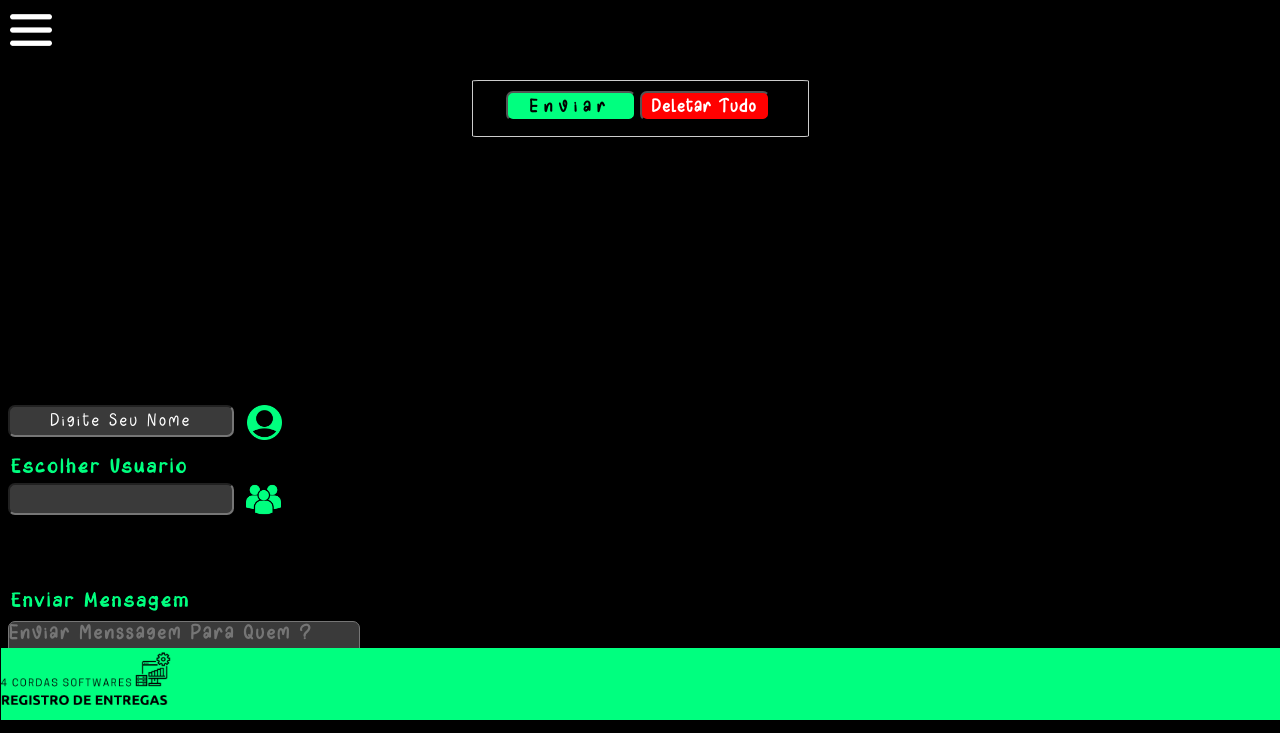
Repository: alfredo-allan/relatorioentregas
Page: pages/chatapp.html
An editor plug-in stored every save of this project. The page is shown before and after a run of saves, followed by the edit.
The browser window is 1280 px wide. The pictures show the whole page.
The page's requests for data from a server got no answer.

Above is the page before, as saved 2024-05-16 22:08:28.
Console error: TypeError: Cannot read properties of null (reading 'addEventListener')

### pages/chatapp.html
<!DOCTYPE html>
<html lang="pt-BR">
  <head>
    <meta charset="UTF-8" />
    <meta name="viewport" content="width=device-width, initial-scale=1.0" />
    <link rel="stylesheet" href="../style/mediaqueries.css" />
    <link rel="stylesheet" href="../style/styles.css" />
    <style>
      @media screen and (min-width: 800px) and (max-width: 2050px) {
        footer img {
          width: 170px;
          height: 60px;
        }
        /* Outros estilos específicos para resoluções entre 1900px e 3090px */
      }
      * {
        padding: 0;
      }

      footer {
        position: fixed;
        bottom: 0;
        width: 100%;
        background-color: #00ff7f;
        margin: 0;
        padding: 0;
        margin-left: -7px;
      }
      @media screen and (min-width: 300px) and (max-width: 600px) {
        footer {
          height: 6vh;
        }
      }

      @media screen and (min-width: 800px) and (max-width: 2050px) {
        #menu-options img {
          width: 206px;
          position: relative;
          margin: 13px;
          margin-top: -44px;
          border-bottom: 1px solid black; /* Adiciona uma linha preta na parte inferior da imagem */
        }
        #menu-options {
          width: 25%;
          height: 54vh;
        }
        footer {
          position: fixed;
          bottom: 0;
          width: 100%;
          background-color: #00ff7f;
          margin: 0;
          padding: 0;
          margin-left: -7px;
        }
      }
    </style>
    <link rel="icon" type="image/x-icon" href="../favicon.ico" />
    <title>ChatApp</title>
  </head>
  <body>
    <header id="ChatApp">
      <img id="menu-icon" src="../img/barra-de-menu.png" alt="" />
      <div id="menu-options">
        <ul>
          <span
            id="close-icon"
            style="
              color: black;
              position: absolute;
              line-height: 0;
              font-size: 30px;
              margin-top: -20px;
              cursor: pointer;
            "
            >X</span
          >
          <img src="../img/4 cordassof.png" alt="" />
          <br />
          <a href="../index.html"><li>Home</li></a>
          <a href="../cdsentregas.html"><li>Registrar Entrega</li></a>
          <a href="../pages/apagar.html"><li>Apagar Entrega</li></a>
          <a href="../pages/consultar.html"><li>Consultar Entregas</li></a>
          <a href="../pages/registrar.html"><li>Registar-Se</li></a>
          <a href="../pages/sobre.html"><li>Sobre a 4cordas</li></a>
          <a href="../pages/instrucao.html"><li>Ajuda</li></a>
        </ul>
      </div>
      <!-- <h1 id="textchat">Chat Entregas</h1> -->
      <!-- <img id="imgchat" src="../img/bater-papo.png" alt="" /> -->
    </header>
    <div id="myModal" class="modal">
      <div class="modal-content">
        <span class="close">&times;</span>
        <p>Mensagem Enviada Com Sucesso!</p>
      </div>
    </div>
    <div id="form">
      <div id="consulta" class="column">
        <!-- <span style="display: none">ID:</span> -->

        <div id="btns">
          <button id="enviarmsg">Enviar</button>
          <button id="delMsg">Deletar Tudo</button>
        </div>
      </div>
    </div>
    <div id="login">
       <br />
      <input id="nomeusuario" type="text" placeholder="Digite Seu Nome" />
      <img id="utlizador" src="../img/do-utilizador.png" alt="" />
    </div>
    <span>Escolher Usuário</span>
    <ul></ul>
    <div id="usuarios"></div>
    <img id="multiUsu" src="../img/silhueta-de-multiplos-usuarios.png" alt="" />
    <br />
    <input id="lstUsu" type="text" />
    <div id="msgEnviar">
      <span>Enviar Mensagem</span> <br />
      <textarea
        placeholder="Enviar Menssagem Para Quem ?"
        id="enviarMsg"
        type="text"
      ></textarea>

      <!-- <img id="imgEnviarmsg" src="../img/enviar-mensagem.png" alt="" /> -->
    </div>
    <footer>
      <img src="../img/4 cordassof.png" alt="" />
    </footer>
    <script>
      const inputNomeUsuario = document.getElementById("nomeusuario");

      inputNomeUsuario.addEventListener("input", () => {
        const nomeUsuario = inputNomeUsuario.value;

        fetch(`http://192.168.10.20:8033/usuarios/${nomeUsuario}`)
          .then((response) => {
            if (response.ok) {
              return response.json();
            } else {
              throw new Error("Usuário não encontrado");
            }
          })
          .then((data) => {
            console.log("Usuário encontrado:", data);
          })
          .catch((error) => {
            console.error("Erro:", error);
          });
      });
    </script>

    // Adicione este script abaixo do botão 'Selecionar' no seu HTML

    <script>
      const buttonSelecionar = document.getElementById("ctsUsu");

      buttonSelecionar.addEventListener("click", () => {
        const nomeUsuario = document.getElementById("lstUsu").value;

        fetch(`http://192.168.10.20:8033/usuarios/${nomeUsuario}`)
          .then((response) => {
            if (response.ok) {
              return response.json();
            } else {
              throw new Error("Usuário não encontrado");
            }
          })
          .then((data) => {
            console.log("Destinatário encontrado:", data);
          })
          .catch((error) => {
            console.error("Erro:", error);
          });
      });
    </script>

    // Adicione este script abaixo do botão 'Enviar' no seu HTML

    <script>
      const buttonEnviar = document.getElementById("enviarmsg");

      buttonEnviar.addEventListener("click", () => {
        const sender = document.getElementById("nomeusuario").value;
        const recipient = document.getElementById("lstUsu").value;
        const message = document.getElementById("enviarMsg").value;

        fetch("http://192.168.10.20:8033/enviar-mensagem", {
          method: "POST",
          headers: {
            "Content-Type": "application/json",
          },
          body: JSON.stringify({
            sender_username: sender,
            recipient_username: recipient,
            message: message,
          }),
        })
          .then((response) => {
            if (response.ok) {
              console.log("Mensagem enviada com sucesso");
            } else {
              throw new Error("Erro ao enviar mensagem");
            }
          })
          .catch((error) => {
            console.error("Erro:", error);
          });
      });
    </script>
    <script>
      let isTyping = false;

      // Função para verificar se o usuário está digitando
      function checkTyping() {
        const inputField = document.getElementById("enviarMsg");
        inputField.addEventListener("input", () => {
          isTyping = inputField.value.length > 0;
        });
      }

      function monitorNewMessages() {
        const nomeUsuario = document.getElementById("nomeusuario").value;

        // Lógica para buscar novas mensagens do servidor e inserir no campo msgEnviar
        fetch(`http://192.168.10.20:8033/mensagens/${nomeUsuario}`)
          .then((response) => {
            if (response.ok) {
              return response.json();
            } else {
              throw new Error("Erro ao buscar novas mensagens");
            }
          })
          .then((data) => {
            const messages = data; // Não precisamos acessar data.messages, pois a resposta do servidor já é uma lista de mensagens
            const msgEnviar = document.getElementById("msgEnviar");
            msgEnviar.innerHTML = ""; // Limpar mensagens antigas antes de adicionar as novas

            messages.forEach((message) => {
              const p = document.createElement("p");
              p.textContent = message.message; // A mensagem está no campo "message" do objeto de mensagem
              msgEnviar.appendChild(p);
            });
          })
          .catch((error) => {
            console.error("Erro ao buscar novas mensagens:", error);
          });
      }

      document.addEventListener("DOMContentLoaded", () => {
        monitorNewMessages();
      });

      // Adicionar esta função para limpar o campo de entrada após o envio de mensagem
      function limparCampoDeMensagem() {
        document.getElementById("enviarMsg").value = "";
      }
    </script>
    <script src="../script.js"></script>
  </body>
</html>

### style/mediaqueries.css
@media screen and (min-width: 300px) and (max-width: 600px) {
  footer {
    bottom: 0;
    img {
      display: none;
    }
    /* Outros estilos específicos para resoluções entre 1900px e 3090px */
  }

  @media screen and (min-width: 800px) and (max-width: 2050px) {
    footer img {
      width: 170px;
      height: 60px;
    }
  }
}

  @media screen and (min-width: 800px) and (max-width: 2050px) {
    #close-icon {
      margin-left: 250px;
    }
  }


@media screen and (min-width: 300px) and (max-width: 600px) {
  footer {
    height: 6vh;
    margin: 0;
    padding: 0;
    margin-top: 174px;
    position: absolute;
    width: 100%;
    margin-left: -7px;
  }
  #menu-options img {
    margin-top: -40px;
    border-bottom: 1px solid black; /* Adiciona uma linha preta na parte inferior da imagem */
    width: 210px;
  }
  #close-icon {
    margin-left: 224px;
  }
}

### style/styles.css
:root {
  --las-americas: "Las-americas", sans-serif;
  --gribble-font: "Gribble";
  --helootwuins-font: "HelooTwuins";
  --verde--color: #00ff7f;
}

body {
  background-color: black;
}

@font-face {
  font-family: "Las-americas";
  src: url("../fonts/las_americas/LasAmericas_PERSONAL_USE_ONLY.otf")
    format("truetype");
  /* Adicione mais formatos (e.g. woff, woff2) conforme necessário */
}

@font-face {
  font-family: "Gribble";
  src: url("../fonts/gribble/Gribble.ttf") format("truetype");
  /* Adicione mais formatos (e.g. woff, woff2) conforme necessário */
}

@font-face {
  font-family: "HelooTwuins";
  src: url("../fonts/hello_twins/HelloTwinsDEMO.otf") format("truetype");
  /* Adicione mais formatos (e.g. woff, woff2) conforme necessário */
}

header {
  img {
    width: 42px;
    margin-right: 14px;
    text-wrap: nowrap;
  }
}

footer {
  width: 100%;
  height: 10vh;
  background-color: #00ff7f;
  margin: 0;
  padding: 0;
}

img #menu-icon {
  margin-right: 20px;
  margin-left: -1%;
}

#text-top {
  text-align: center;
  font-family: var(--las-americas);
  color: white;
  letter-spacing: 1.2px;
  margin-top: 30px;
  font-size: 40px;
}

#delivery {
  color: red;
  font-family: var(--gribble-font);
  letter-spacing: 3px;
  font-size: 25px;
  font-weight: 900;
  color: var(--verde--color);
}

.column {
  display: flex;
  flex-direction: column;
  align-items: center;
  padding: 10px 20px 15px 15px;
  border: 1px solid #ccc;
  border-radius: 2%;
  width: 300px;
  margin: 0 auto;
  margin-top: -100px;
}

#form {
  border-radius: 2%;
  margin-top: 110px;
  margin-bottom: 250px;
  span {
    color: #00ff7f;
    font-family: var(--gribble-font);
    font-size: 20px;
    letter-spacing: 2px;
    font-weight: 600;
  }
}

input {
  text-align: center;
  margin-bottom: 5px;
  padding: 5px;
  width: 100%;
  box-sizing: border-box;
  font-weight: 600;
  margin-bottom: 10px;
  background-color: rgba(255, 255, 255, 0.226);
  color: white;
  font-family: var(--helootwuins-font);
  letter-spacing: 2px;
  font-size: 18px;
  border-radius: 7px;
}

input::placeholder {
  text-align: center;
  color: white;
  font-family: var(--helootwuins-font);
  font-weight: 400;
  font-size: 18px;
}

button {
  width: 130px;
  height: 30px;
  border-radius: 2%;
  background-color: var(--verde--color);
  font-family: var(--helootwuins-font);
  font-size: 18px;
  letter-spacing: 7px;
  font-weight: 900;
  border-radius: 7px;
}

#confirmButton {
  margin-left: 8px;
  margin-right: 20px;
}

#menu-icon {
  cursor: pointer;
  margin: 15px;
  margin-left: 2px;
  margin-top: 1px;
}

#menu-options {
  text-wrap: nowrap;
  display: none;
  position: absolute;
  top: 0;
  left: 0;
  margin-top: 0px;
  width: 70%;
  height: 70vh;
  background-color: #00ff7f;
  color: white;
  font-family: var(--gribble-font);
  font-weight: 900;
  border-bottom-right-radius: 10%;
  color: black;
  letter-spacing: 2px;
  z-index: 999;
  li {
    margin-top: 3px;
  }
}

a {
  text-decoration: none; /* Remove o sublinhado */
  color: black;
}

#menu-options ul {
  list-style: none;
  padding: 0;
  margin-left: 10px;
  font-size: 20px;
  margin-top: 40px;
}

#menu-options ul li {
  padding: 10px;
  /* margin: 10px; */
  text-wrap: nowrap;
  /* border-bottom: 1px solid white; */
}

#modal {
  background: black;
  text-align: center;
}

.modal {
  display: none; /* Escondido por padrão */
  position: fixed;
  z-index: 1;
  left: 0;
  top: 0;
  width: 100%;
  height: 100%;
  overflow: auto;
  background-color: rgba(0, 0, 0, 0.4);
}

.modal-content {
  background-color: #fefefe;
  margin: 15% auto;
  padding: 20px;
  border: 2px solid #888;
  width: 80%;
  border-radius: 10px;
  background-color: black;
  p {
    margin-top: 30px;
    text-align: left;
    text-wrap: nowrap;
    font-family: var(--gribble-font);
    letter-spacing: 3px;
    font-weight: 600;
    font-size: 20px;
    color: var(--verde--color);
  }
}

.close {
  color: #aaa;
  float: right;
  font-size: 28px;
  font-weight: bold;
}

.close:hover,
.close:focus {
  color: black;
  text-decoration: none;
  cursor: pointer;
}

#data-list {
  margin: 0 auto;
  left: 50%;
  transform: translateX(-50%);
  margin: 0 auto;
  left: 50%;
  top: 60%;
  transform: translate(-50%, -50%);
  /* border: 1px solid var(--cor-azul); */
  color: var(--verde--color);
  border-radius: 5px;
  height: 340px;
  overflow-y: auto;
  position: absolute;
  z-index: -1;
  margin-top: 110px;
  margin-left: 0px;
  width: 336px;
  list-style: none;
  .name {
    font-family: var(--helootwuins-font);
    font-weight: 900;
    font-size: 20px;
    letter-spacing: 1px;
  }
  .item {
    font-family: var(--helootwuins-font);
    font-weight: 500;
    font-size: 20px;
    color: white;
    letter-spacing: 1px;
  }
}

#data-list {
  width: 340px;
  height: 180px;
  overflow: auto;
  /* border: 1px solid black; */
  /* scrollbar-color: var(--verde--color) var(--verde--color); */
}

#data-list img {
  width: 25px;
  margin-left: 15px;
  margin-right: 0px;
}

#data-list::-webkit-scrollbar {
  width: 10px; /* Largura da barra de rolagem */
}

#data-list::-webkit-scrollbar-thumb {
  background-color: white; /* Cor da barra de rolagem */
  border-radius: 5px; /* Raio de borda da barra de rolagem */
}

#texto-descritivo {
  text-align: justify;
  margin-top: 200px;
  position: fixed;
  font-family: var(--luthier-font);
  letter-spacing: 3px;
  line-height: 2;
  margin-right: 8px;
  font-weight: 900;
  color: var(--verde--color);
}

.name {
  font-family: var(--gribble-font);
  font-weight: 900;
  font-size: 17px;
}
.item {
  font-family: var(--helootwuins-font);
  font-weight: 500;
  font-size: 15;
  color: white;
}

#textchat {
  font-family: var(--las-americas);
  color: white;
  letter-spacing: 10px;
  margin-left: 10px;
  font-size: 40px;
  margin-top: 6px;
}

#imgchat {
  width: 60px;
  position: absolute;
  margin-left: 295px;
  margin-top: -60px;
}

#message {
  input {
    width: 220px;
  }
}

#login {
  width: 226px;
  margin-top: 50px;
  input {
    font-family: var(--gribble-font);
    letter-spacing: 3px;
  }
}

span {
  color: var(--verde--color);
  font-family: var(--gribble-font);
  font-size: 20px;
  padding: 3px;
  line-height: 2;
  letter-spacing: 3px;
  font-weight: 900;
}

#msgInput {
  width: 220px;
  height: 80px;
  background-color: rgba(255, 255, 255, 0.226);
  border-radius: 7px;
  font-family: var(--helootwuins-font);
  font-size: 17px;
  letter-spacing: 3px;
  color: var(--verde--color);
  font-weight: 600;
}

#enviarMsg {
  width: 350px;
  height: 80px;
  background-color: rgba(255, 255, 255, 0.226);
  border-radius: 7px;
  font-family: var(--helootwuins-font);
  font-size: 17px;
  letter-spacing: 3px;
  color: white;
  font-weight: 600;
}

#msgEnviar {
  margin-top: 60px;
}

#enviarMsg {
  letter-spacing: 3px;
  outline: none;
  font-size: 20px;
}

/* #enviarmsg {
  margin-top: 93px;
  position: absolute;
  margin-left: -330px;
} */

#delMsg {
  letter-spacing: 2px;
  background-color: red;
  color: white;
}

#imgEnviarmsg {
  width: 35px;
  margin-left: 11px;
  position: absolute;
}

#textRegister {
  font-family: var(--las-americas);
  color: white;
  letter-spacing: 3px;
  margin-top: 10px;
  text-align: center;
  letter-spacing: 3px;
}

#lstUsu {
  width: 226px;
  position: absolute;
  margin-top: -38px;
}

input#lstUsu {
  font-family: var(--gribble-font);
  letter-spacing: 3px;
}

#ctsUsu {
  position: absolute;
  margin-left: 0px;
  margin-top: 0px;
  line-height: 1px;
}

#utlizador {
  position: fixed;
  width: 35px;
  margin-left: 13px;
}

#msgEntrada {
  width: 35px;
  position: absolute;
  margin-left: 13px;
}

#multiUsu {
  position: absolute;
  width: 35px;
  margin-left: 238px;
  margin-top: -34px;
  margin-top: -21px;
}

#close-icon {
  color: black;
  position: absolute;
  line-height: 0; font-size: 30px;
  margin-top: -20px; cursor: pointer;
}

### script.js
const menuIcon = document.getElementById("menu-icon");
const menuOptions = document.getElementById("menu-options");
const closeIcon = document.getElementById("close-icon");

menuIcon.addEventListener("click", function () {
  if (menuOptions.style.display === "none") {
    menuOptions.style.display = "block";
  } else {
    menuOptions.style.display = "none";
  }
});

closeIcon.addEventListener("click", function () {
  menuOptions.style.display = "none";
});

//input data pagina index e registro
document.getElementById("data-entrega").value = new Date()
  .toISOString()
  .slice(0, 10);
var currentDate = new Date().toISOString().slice(0, 10);
var formattedDate = currentDate.split("-").reverse().join("/");
document.getElementById("data-entrega").value = formattedDate;
document.getElementById("data-entrega").addEventListener("input", formatarData);

After the next 2 saves:
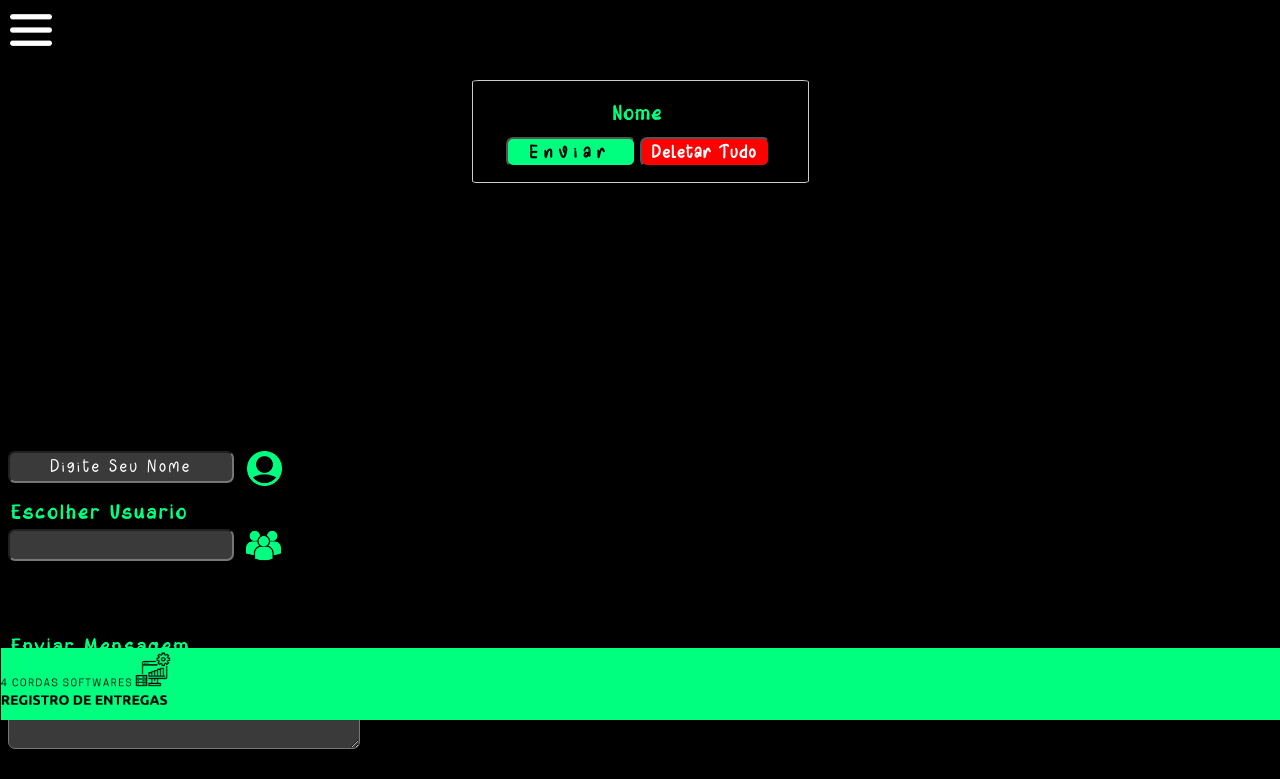
The 2 saves are shown as one change because they came seconds apart.
The last was saved 9 s later.
--- a/pages/chatapp.html
+++ b/pages/chatapp.html
@@ -98,7 +98,7 @@
     <div id="form">
       <div id="consulta" class="column">
         <!-- <span style="display: none">ID:</span> -->
-
+        <span>Nome</span>
         <div id="btns">
           <button id="enviarmsg">Enviar</button>
           <button id="delMsg">Deletar Tudo</button>
